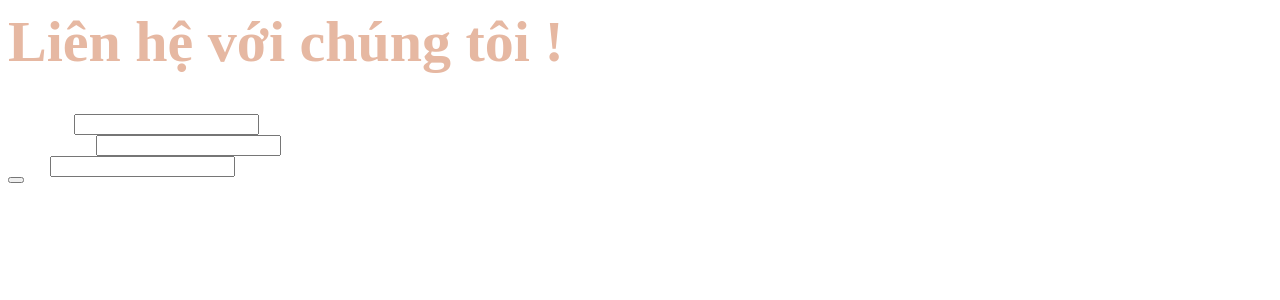
Repository: mingbeo100-boop/website_bancheonline
Page: http://localhost/pages/lienhe.php
An editor plug-in stored every save of this project. The page is shown before and after the next save, followed by the edit.
The browser window is 1280 px wide. The pictures show the whole page.
The page is run by PHP 8.4 with error messages shown; the project is at /var/www/html/.

Above is the page before, as saved 2025-11-27 07:59:39.

### pages/lienhe.php
    <style>
        h1 {
            font-family: 'Dancing Script', cursive;
            color: #E6B8A2;
            font-size: 58px;
        }

        label {
            color: white;
        }

        .decor-form {

        }
    </style>

    <h1 class="text-center">Liên hệ với chúng tôi !</h1>

    <div class="decor-form">
        <form>
            <label>Họ và tên</label>
            <input type="text" name="name" required> <br>
            <label>Số điện thoại</label>
            <input type="number" name="number" required> <br>
            <label>Email</label>
            <input type="email" name="email" required> <br>
            <button type="submit" value="GỬI"></button>
        </form>
    </div>

After the next save:
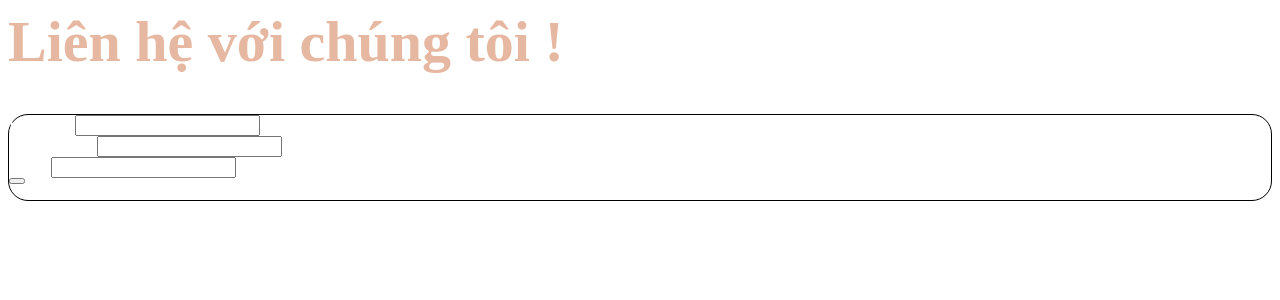
Saved 41 s later.
--- a/pages/lienhe.php
+++ b/pages/lienhe.php
@@ -10,7 +10,8 @@
         }
 
         .decor-form {
-
+            border-radius: 20px;
+            border: 1px solid black;
         }
     </style>
 
